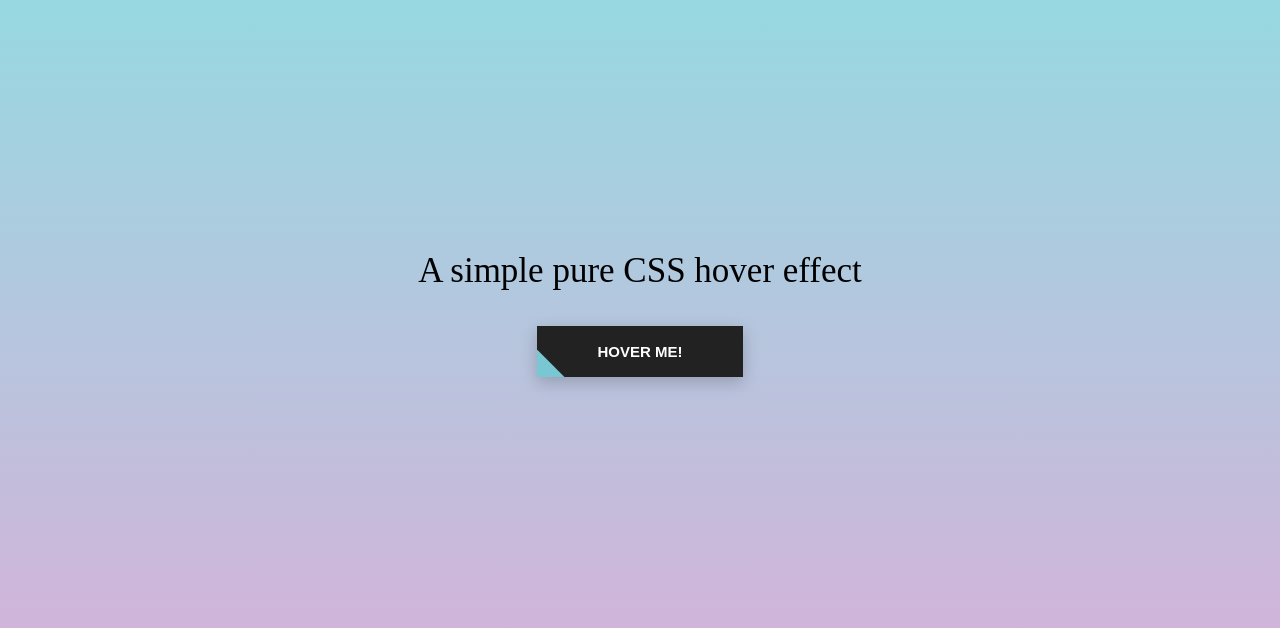
Repository: bbqju13/jsp0602
Page: http://localhost/project4/
The author's editor kept a copy of each file at every save. The page is drawn from the files as they stood at one save, then again after the next save.
The browser window is 1280 px wide. The pictures show the whole page.
Some web fonts or font styles are not loaded; a fallback is used. The page is served by Tomcat 9. Other server files are loaded and not shown.

Above is the page before, as saved 2023-05-30 02:17:33.

### jsp_project4/project4/src/main/webapp/index.jsp
<%@ page language="java" contentType="text/html; charset=UTF-8"
	pageEncoding="UTF-8"%>
<!DOCTYPE html>
<html>
<head>
<meta charset="UTF-8">
<link  rel="stylesheet" href="/resource/index/index.css">
<title>index</title>
</head>
<body>
	<div class="button_container">
		<p class="description">A simple pure CSS hover effect</p>
		<button class="btn">
			<span>Hover me!</span>
		</button>
		<!--<p class="link">
    Design by
    <a href="https://dribbble.com/skytrip" target="_blank">SkyTrip</a>
  </p>-->
	</div>
</body>
</html>

### jsp_project4/project4/src/main/webapp/resource/index/index.css
@charset "UTF-8";

@import url('https://fonts.googleapis.com/css?family=Amatic+SC');

body {
	margin: 0;
	height: 100%;
	background-image: linear-gradient(to top, #d9afd9 0%, #97d9e1 100%);
	background-repeat: no-repeat;
	background-size: cover;
	background-attachment: fixed;
}

.button_container {
	position: absolute;
	left: 0;
	right: 0;
	top: 30%;
}

.description, .link {
	font-family: 'Amatic SC', cursive;
	text-align: center;
}

.description {
	font-size: 35px;
}

.btn {
	border: none;
	display: block;
	text-align: center;
	cursor: pointer;
	text-transform: uppercase;
	outline: none;
	overflow: hidden;
	position: relative;
	color: #fff;
	font-weight: 700;
	font-size: 15px;
	background-color: #222;
	padding: 17px 60px;
	margin: 0 auto;
	box-shadow: 0 5px 15px rgba(0, 0, 0, 0.20);
}

.btn span {
	position: relative;
	z-index: 1;
}

.btn:after {
	content: "";
	position: absolute;
	left: 0;
	top: 0;
	height: 490%;
	width: 140%;
	background: #78c7d2;
	-webkit-transition: all .5s ease-in-out;
	transition: all .5s ease-in-out;
	-webkit-transform: translateX(-98%) translateY(-25%) rotate(45deg);
	transform: translateX(-98%) translateY(-25%) rotate(45deg);
}

.btn:hover:after {
	-webkit-transform: translateX(-9%) translateY(-25%) rotate(45deg);
	transform: translateX(-9%) translateY(-25%) rotate(45deg);
}

.link {
	font-size: 20px;
	margin-top: 30px;
}

.link a {
	color: #000;
	font-size: 25px;
}

After the next save:
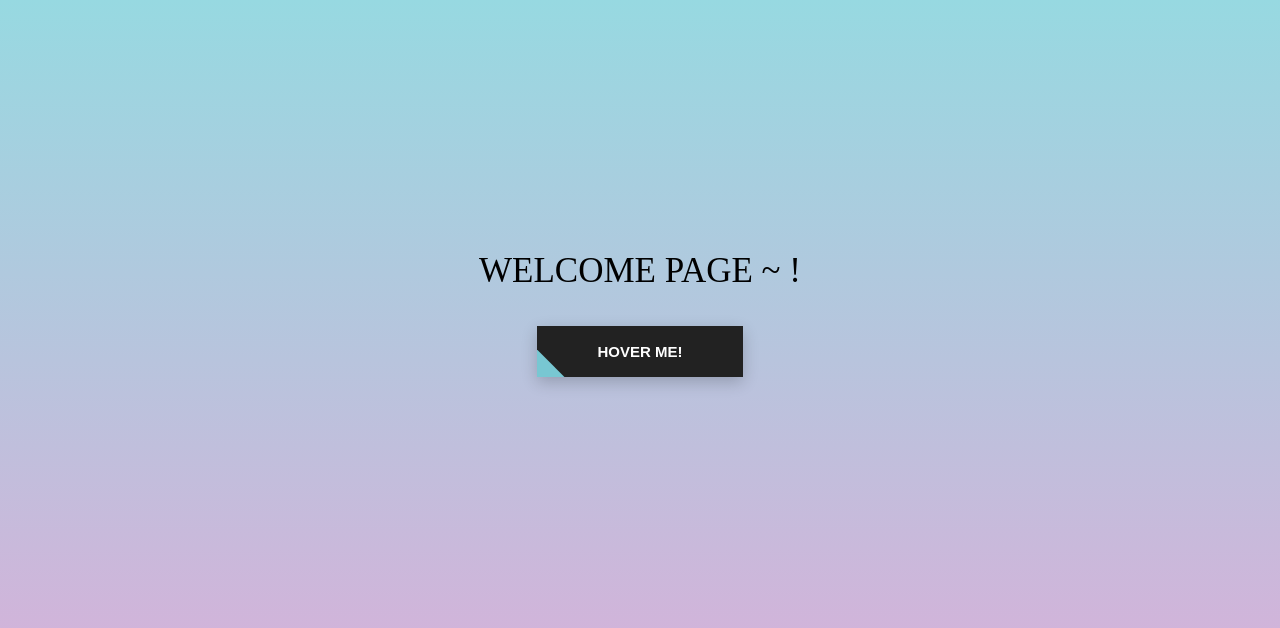
Saved 34 s later.
--- a/jsp_project4/project4/src/main/webapp/index.jsp
+++ b/jsp_project4/project4/src/main/webapp/index.jsp
@@ -9,7 +9,7 @@
 </head>
 <body>
 	<div class="button_container">
-		<p class="description">A simple pure CSS hover effect</p>
+		<p class="description">WELCOME PAGE ~ !</p>
 		<button class="btn">
 			<span>Hover me!</span>
 		</button>
